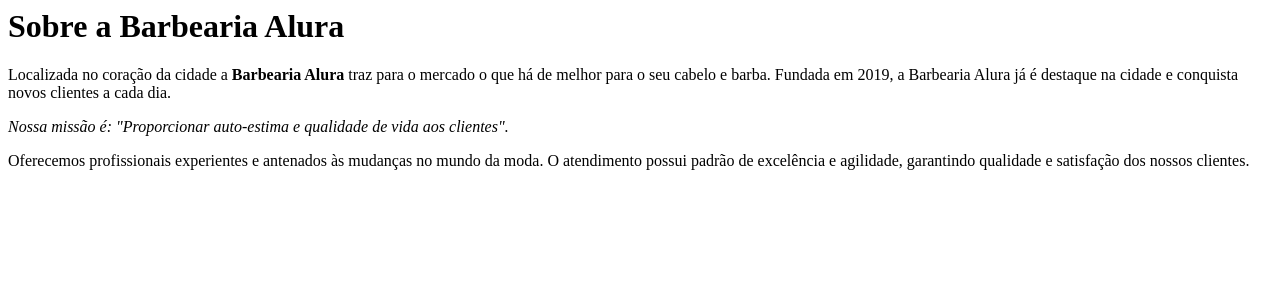
Repository: RenatoCCS/Barbearia_Alura
Page: index.html
An editor plug-in stored every save of this project. The page is shown before and after the next save, followed by the edit.
The browser window is 1280 px wide. The pictures show the whole page.

Above is the page before, as saved 2022-10-13 21:19:42.

### index.html
<h1>Sobre a Barbearia Alura</h1>

<p>
  Localizada no coração da cidade a <strong>Barbearia Alura</strong> traz para o
  mercado o que há de melhor para o seu cabelo e barba. Fundada em 2019, a
  Barbearia Alura já é destaque na cidade e conquista novos clientes a cada dia.
</p>

<p>
  <em>
    Nossa missão é: "Proporcionar auto-estima e qualidade de vida aos clientes".
  </em>
</p>

<p>
  Oferecemos profissionais experientes e antenados às mudanças no mundo da moda.
  O atendimento possui padrão de excelência e agilidade, garantindo qualidade e
  satisfação dos nossos clientes.
</p>

After the next save:
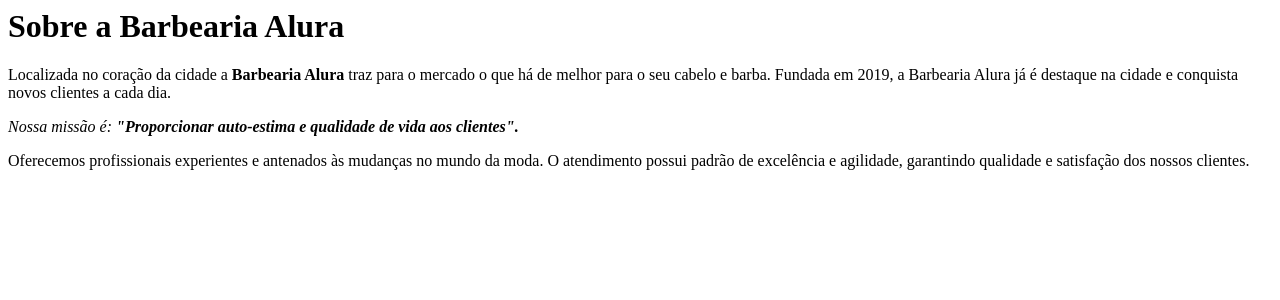
Saved 55 s later.
--- a/index.html
+++ b/index.html
@@ -8,7 +8,10 @@
 
 <p>
   <em>
-    Nossa missão é: "Proporcionar auto-estima e qualidade de vida aos clientes".
+    Nossa missão é:
+    <strong
+      >"Proporcionar auto-estima e qualidade de vida aos clientes".</strong
+    >
   </em>
 </p>
 
